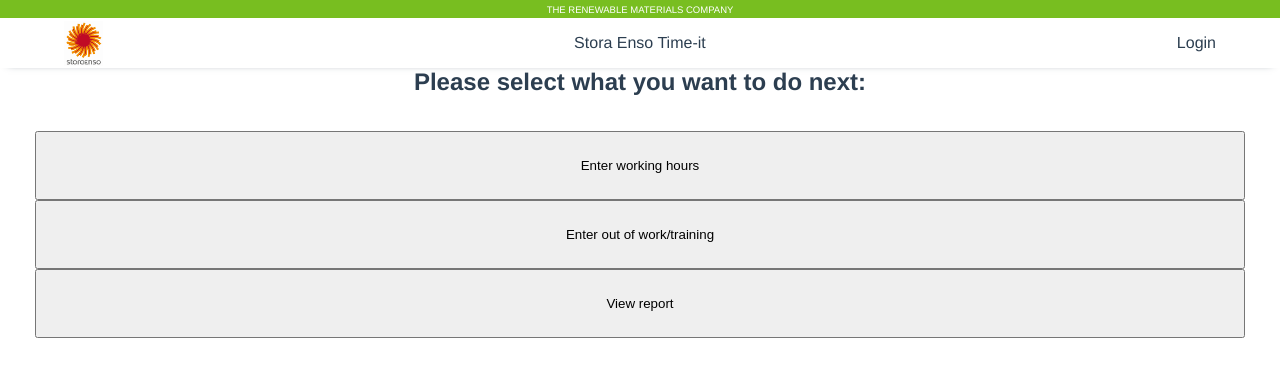
Repository: marianreha/vue-timeit
Page: /
These files come from the project's save history. The page is drawn as it stood at one moment and after the next save; the edit follows.
The browser window is 1280 px wide. The pictures show the whole page.
Some web fonts or font styles are not loaded; a fallback is used. The project was rebuilt for these pictures with package versions that can differ from the ones it lists, and the page was loaded fresh each time. Also part of the build but not shown: vue.config.js.

Above is the page before, as saved 2020-03-29 19:30:39.

### src/App.vue
<template>
  <div id="app">
    <Navbar />
    <Home />
  </div>
</template>

<script>
import Navbar from './components/Navbar'
import Home from './components/Home'

export default {
  name: 'App',
  components: {
    Navbar,
    Home,
  }
}
</script>

<style>
@import url(//db.onlinewebfonts.com/c/2afedaab5a5177410b408023384af22d?family=HelveticaNeueLTW01-55Roman);

#app {
  font-family: Helvetica, Arial, sans-serif;
  -webkit-font-smoothing: antialiased;
  -moz-osx-font-smoothing: grayscale;
  text-align: center;
  color: #2c3e50;
  padding: 0px;
}

* {
    box-sizing: border-box;
    margin: 0 !important;
    cursor: default;
}
</style>

### src/components/Navbar.vue
<template>
  <div>
      <header class="green">
          The renewable materials company
      </header>
      <header class="navbar">
          <img class="logo" src="../assets/logo.jpg" alt="logo">
          <nav>
              Stora Enso Time-it
          </nav>
          <span>Login</span>
      </header>
  </div>
</template>

<script>
export default {
    name: 'Navbar',
}
</script>

<style>
.green {
    padding: 4px 0 3px 0;
    background-color: #78BE20;
    color: #FFFFFF;
    font-size: 9.5px;
    text-transform: uppercase;
}

.navbar {
    display: flex;
    height: 2rem;
    justify-content: space-between;
    align-items: center;
    padding: 25px 5%;
    box-shadow: 0 3px 8px -8px;
}

.logo {
    height: 45px;
    cursor: pointer;
}
</style>>

### src/components/Home.vue
<template>
  <div>
      <h2>Please select what you want to do next:</h2>
      <div class="btn-group">
        <button>Enter working hours</button>
        <button>Enter out of work/training</button>
        <button>View report</button>
      </div>
  </div>
</template>

<script>
export default {
    name: "Home"
}
</script>

<style>
.btn-group {
    display: flex;
    flex-direction: column;
    justify-content: center;
    padding: 35px;
}

.btn-group button {
    padding: 25px;
}


</style>

Loaded but not shown: public/index.html (common file); src/main.js (common file)

After the next save:
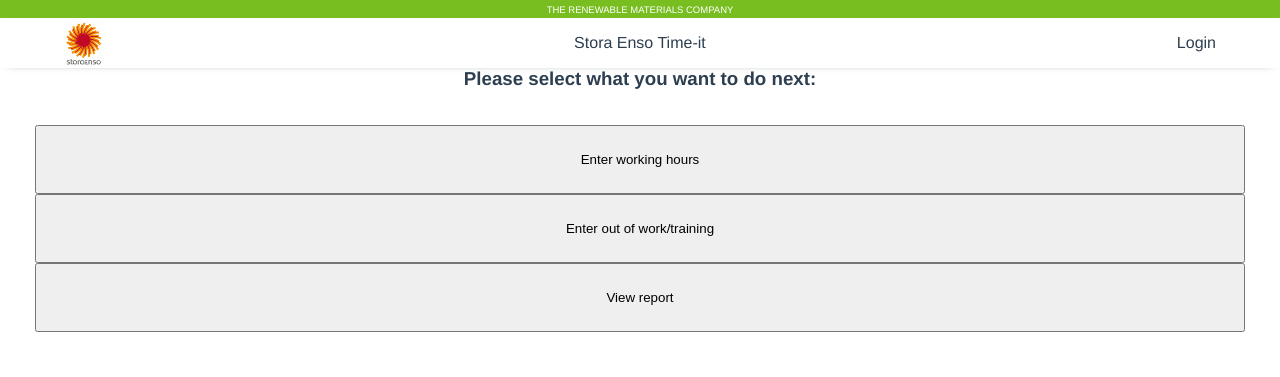
Saved 9 s later.
--- a/src/components/Home.vue
+++ b/src/components/Home.vue
@@ -1,6 +1,6 @@
 <template>
   <div>
-      <h2>Please select what you want to do next:</h2>
+      <h3>Please select what you want to do next:</h3>
       <div class="btn-group">
         <button>Enter working hours</button>
         <button>Enter out of work/training</button>
